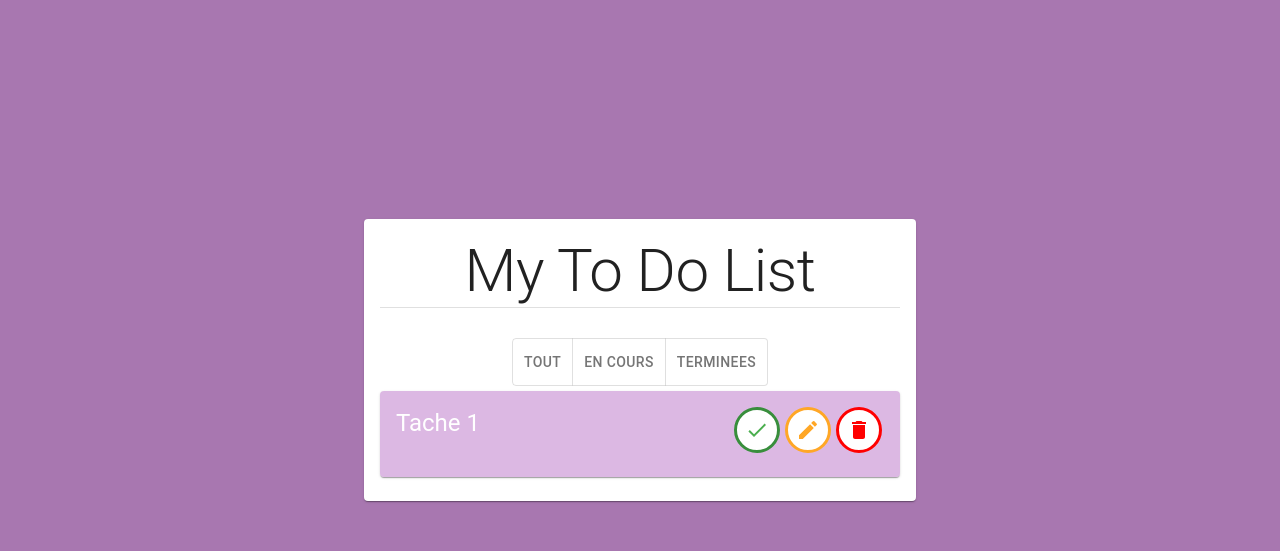
Repository: Fathiyasmine/Todo-list-project
Page: /
An editor plug-in stored every save of this project. The page is shown before and after the next save, followed by the edit.
The browser window is 1280 px wide. The pictures show the whole page.
The project was rebuilt for these pictures with package versions that can differ from the ones it lists, and the page was loaded fresh each time.

Above is the page before, as saved 2025-12-07 18:59:34.

After the next save:
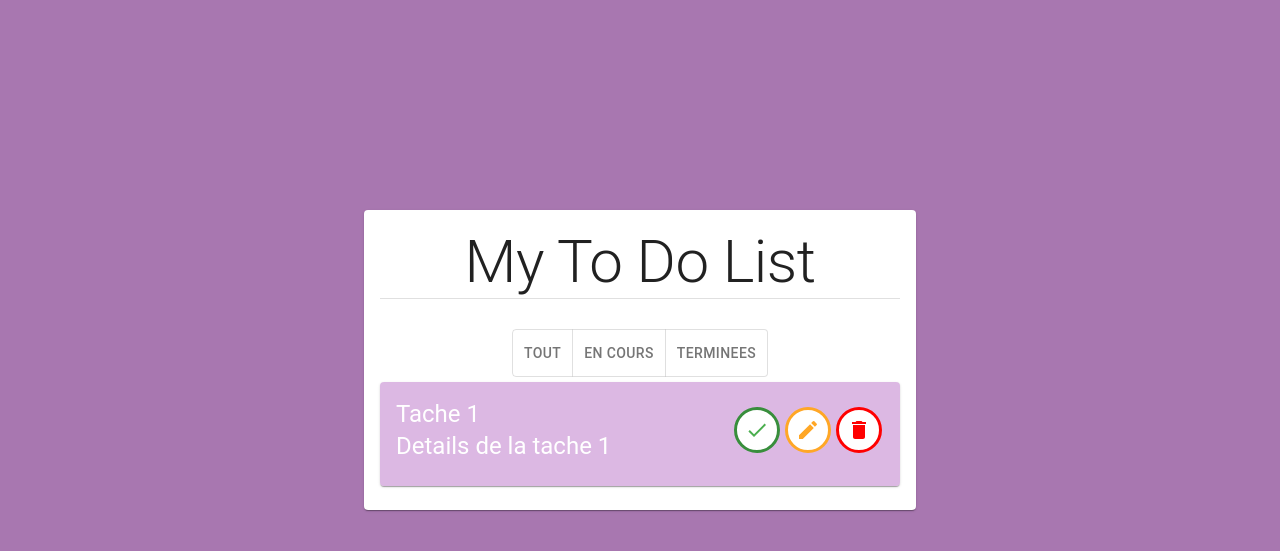
Saved 103 s later.
--- a/src/components/Todo.js
+++ b/src/components/Todo.js
@@ -17,6 +17,9 @@ export default function Todo() {
             <Grid size={8}>
               <Typography variant="h5" sx={{ textAlign: "left" }}>
                 Tache 1
+              </Typography>
+              <Typography variant="h5" sx={{ textAlign: "left" }}>
+                Details de la tache 1
               </Typography>
             </Grid>
             {/*Action buttons */}
